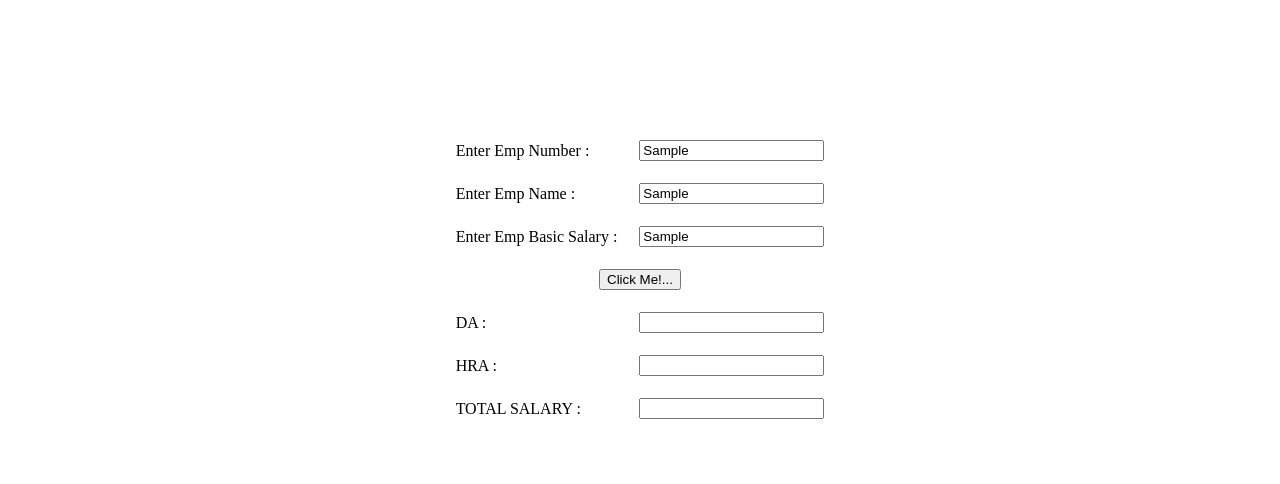
Repository: gajanansp07/Advance_Java_Practice
Page: Webapp/src/main/webapp/calculetsal.html
An editor plug-in stored every save of this project. The page is shown before and after the next save, followed by the edit.
The browser window is 1280 px wide. The pictures show the whole page.
Empty fields were first filled with sample values (such as "Sample", 5 or name@example.com).
After loading, the first visible `input[onclick="calSal()"]` was clicked once.

Above is the page before, as saved 2022-03-13 13:04:32.
Console error: ReferenceError: har is not defined

### Webapp/src/main/webapp/calculetsal.html
<!DOCTYPE html>
<html>

<head>
    <meta charset="ISO-8859-1">
    <title>Insert title here</title>
    <style>
        body {
            margin-top: 10%;
        }

        td {
            padding: 10px;
        }

        table {
            text-align: -webkit-center;
        }
    </style>
    <script type="text/javascript">
        function calSal() {
            const output = document.getElementById('fullname');
            let text = document.getElementById('bsal').value;
            let da = text*0.2;
            let hra = text*0.4;
            let totl = da+har+parseInt(text);
            da=document.getElementById('da').value = da ? da : '';
            output.innerHTML = text;
        }
    </script>
</head>

<body>
    <form>
        <table align="center">
            <tr>
                <td>Enter Emp Number : </td>
                <td><input type="text" name="eno" id="eno" /></td>
            </tr>
            <tr>
                <td>Enter Emp Name : </td>
                <td><input type="text" name="ename" id="ename" id="ln" /></td>
            </tr>
            <tr>
                <td>Enter Emp Basic Salary : </td>
                <td><input type="text" name="bsal" id="bsal" id="ln" /></td>
            </tr>
            <tr>
                <td colspan=2 align="center"><input type="button" value="Click Me!..." onClick="calSal()"></td>
            </tr>
            <tr>
                <td>DA : </td>
                <td><input type="text" name="da" id="da" id="ln" readonly /></td>
            </tr>
            <tr>
                <td>HRA : </td>
                <td><input type="text" name="hra" id="hra" id="ln" readonly /></td>
            </tr>
            <tr>
                <td>TOTAL SALARY : </td>
                <td><input type="text" name="tsal" id="tsal" id="ln" readonly /></td>
            </tr>

        </table>
        <div id="fullname" style="text-align-last: center"></div>
    </form>
</body>

</html>

After the next save:
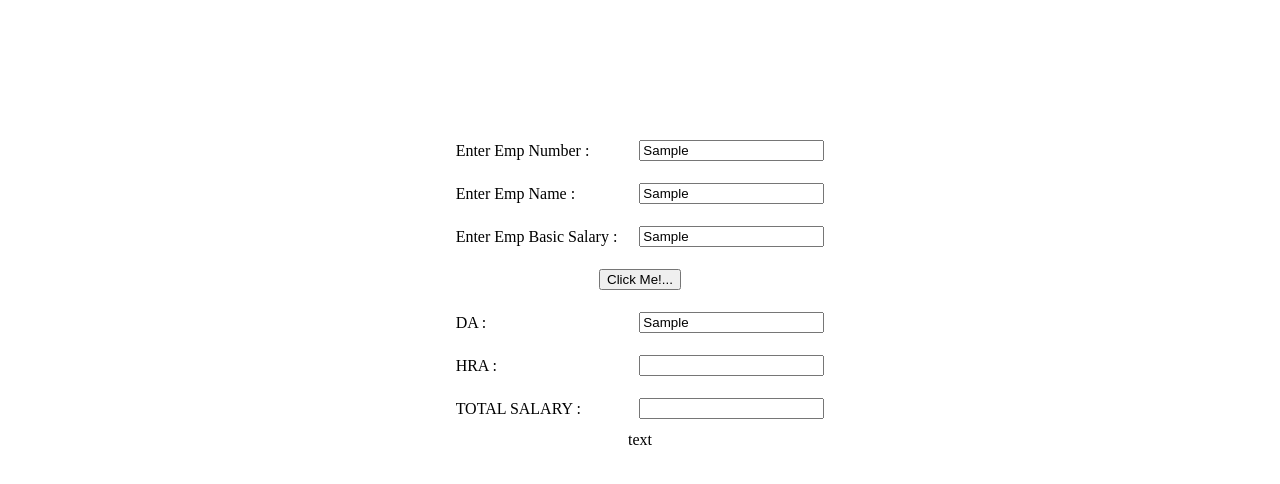
The error is gone.
Saved 19 s later.
--- a/Webapp/src/main/webapp/calculetsal.html
+++ b/Webapp/src/main/webapp/calculetsal.html
@@ -21,11 +21,14 @@
         function calSal() {
             const output = document.getElementById('fullname');
             let text = document.getElementById('bsal').value;
-            let da = text*0.2;
-            let hra = text*0.4;
-            let totl = da+har+parseInt(text);
-            da=document.getElementById('da').value = da ? da : '';
-            output.innerHTML = text;
+
+            // let da = text*0.2;
+            // let hra = text*0.4;
+            // let totl = da+har+parseInt(text);
+            //da=document.getElementById('da').value = da ? da : '';
+
+            document.getElementById('da').value =text
+            output.innerHTML = "text";
         }
     </script>
 </head>
